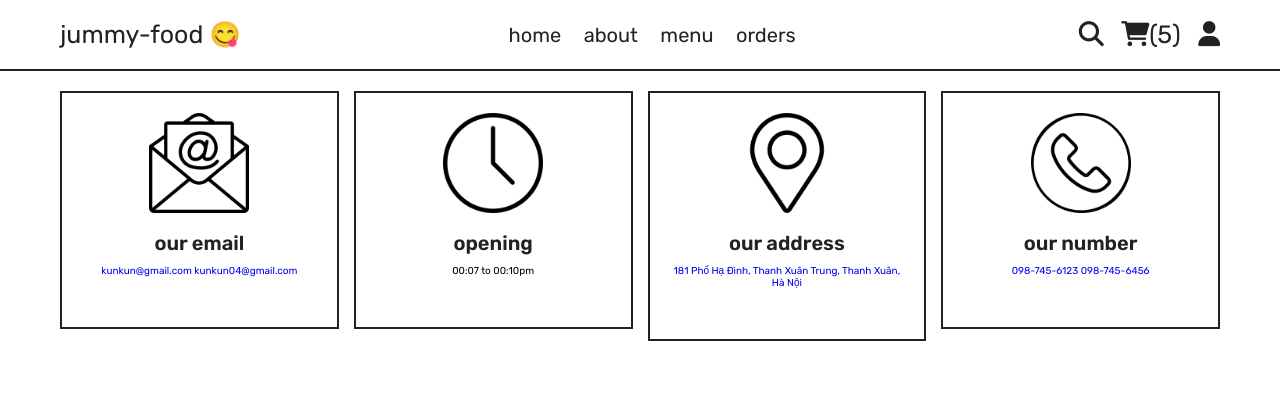
Repository: VuongLinhDinh/jummy_food
Page: home.html
These files come from the project's save history. The page is drawn as it stood at one moment and after a run of saves; the edit follows.
The browser window is 1280 px wide. The pictures show the whole page.
Some web libraries are served in a nearby version.

Above is the page before, as saved 2023-11-07 15:59:22.

After the next 2 saves:
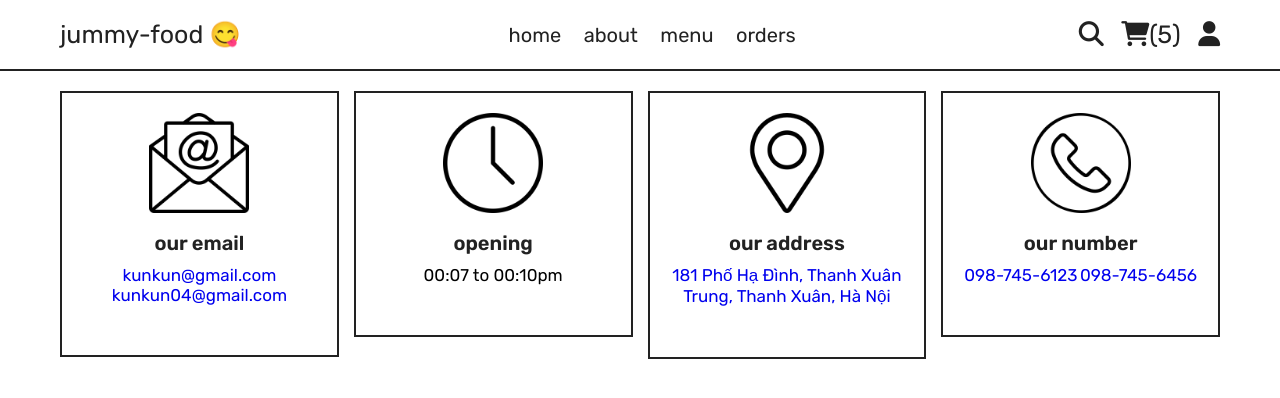
The 2 saves are shown as one change because they came seconds apart.
The last was saved 15 s later.
--- a/css/style.css
+++ b/css/style.css
@@ -204,6 +204,7 @@ section {
 }
 .footer .grid .box p,
 .footer .grid .box a {
+    font-size: 1.7rem;
 
 }
 
